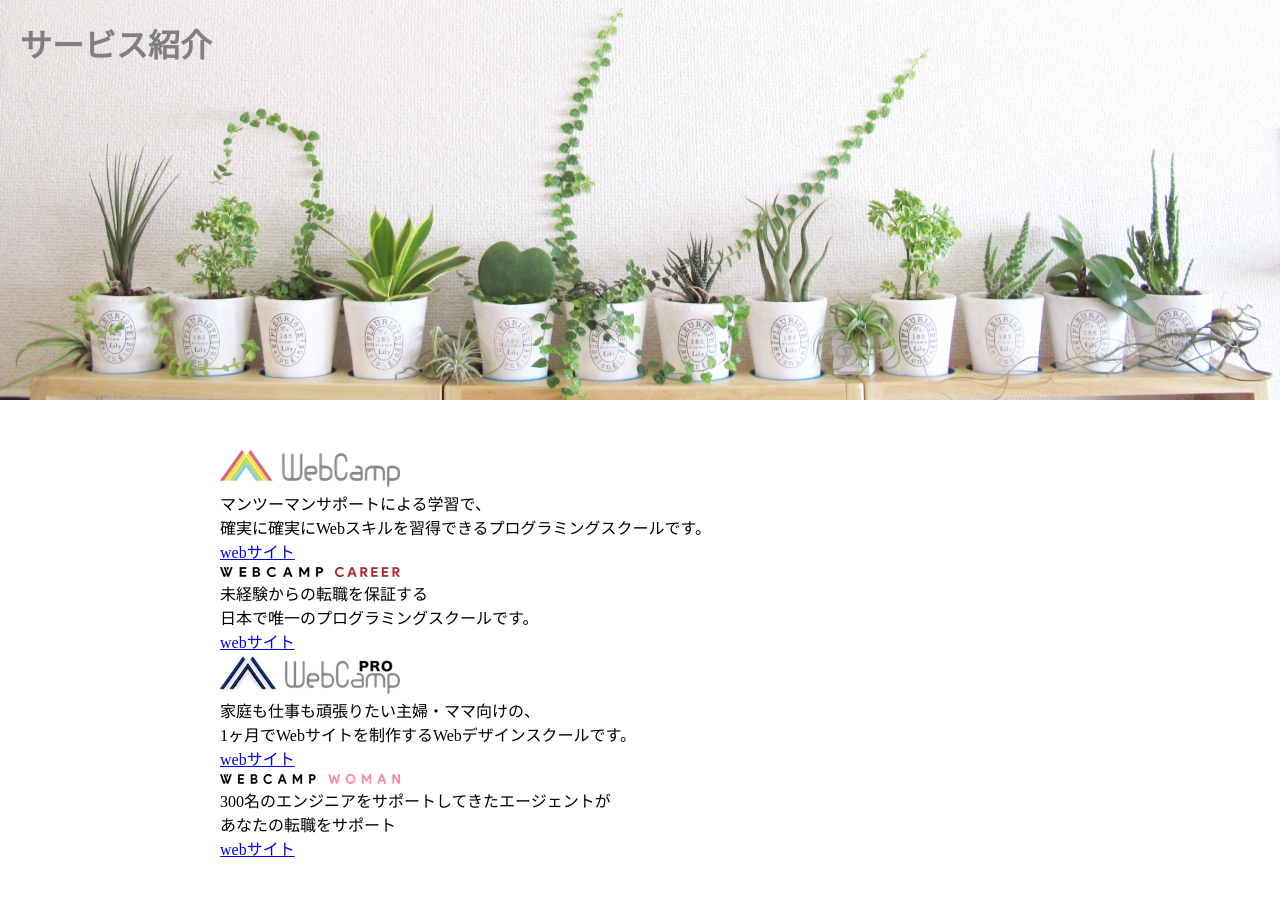
Repository: ryosei-110/HTML-CSS-
Page: 1-7exercise/1-7.html
The author's editor kept a record of every edit. The page is drawn from the files as they stood at one moment, then again after the next edit.
The browser window is 1280 px wide. The pictures show the whole page.

Above is the page before.

### 1-7exercise/1-7.html
<!DOCTYPE html>
<html lang="ja">
  <head>
    <meta charset="UTF-8" />
    <link rel="stylesheet" href="1-7.css" />
    <title>1-2演習問題</title>
  </head>

  <body>

  <header>
    <h1 class="heading">サービス紹介</h1>
  </header>

  <div class="main">
    <div class="main-item">
      <img class="main-image" src="img/wc-logo.png">
      <p class="main-text">
        マンツーマンサポートによる学習で、<br>
        確実に確実にWebスキルを習得できるプログラミングスクールです。<br>
        <a href="1-7.html">webサイト</a>
      </p>
    </div>
    <div class="main-item">
      <img class="main-image" src="img/wcc-logo.png">
      <p class="main-text">
        未経験からの転職を保証する<br>
        日本で唯一のプログラミングスクールです。<br>
        <a href="1-7.html">webサイト</a>
      </p>
    </div>
    <div class="main-item">
      <img class="main-image" src="img/wcp-logo.png">
      <p class="main-text">
        家庭も仕事も頑張りたい主婦・ママ向けの、<br>
        1ヶ月でWebサイトを制作するWebデザインスクールです。<br>
        <a href="1-7.html">webサイト</a>
      </p>
    </div>
    <div class="main-item">
      <img class="main-image" src="img/wcw-logo.png">
      <p class="main-text">
        300名のエンジニアをサポートしてきたエージェントが<br>
        あなたの転職をサポート<br>
        <a href="1-7.html">webサイト</a>
      </p>
    </div>
  </div>

  </body>
</html>

### 1-7exercise/1-7.css
* {
  margin: 0;
  padding: 0;
  box-sizing: border-box;
}

header {
  width: 100%;
  height: 400px;
  background-image: url(img/mv.jpg);
  background-size: cover;
  background-position: bottom ;
}

.heading {
  padding: 20px;
  color: grey;
}

.main {
  margin: 50px auto;
  width: 840px;
  display: flex;
  flex-direction: column;

}

.main-item1 {
  padding-bottom: 30px;
  border-bottom: 1px solid gray;
}

.main-item2 {
  padding: 30px 0;
  border-bottom: 1px solid gray;
}

After the next edit:
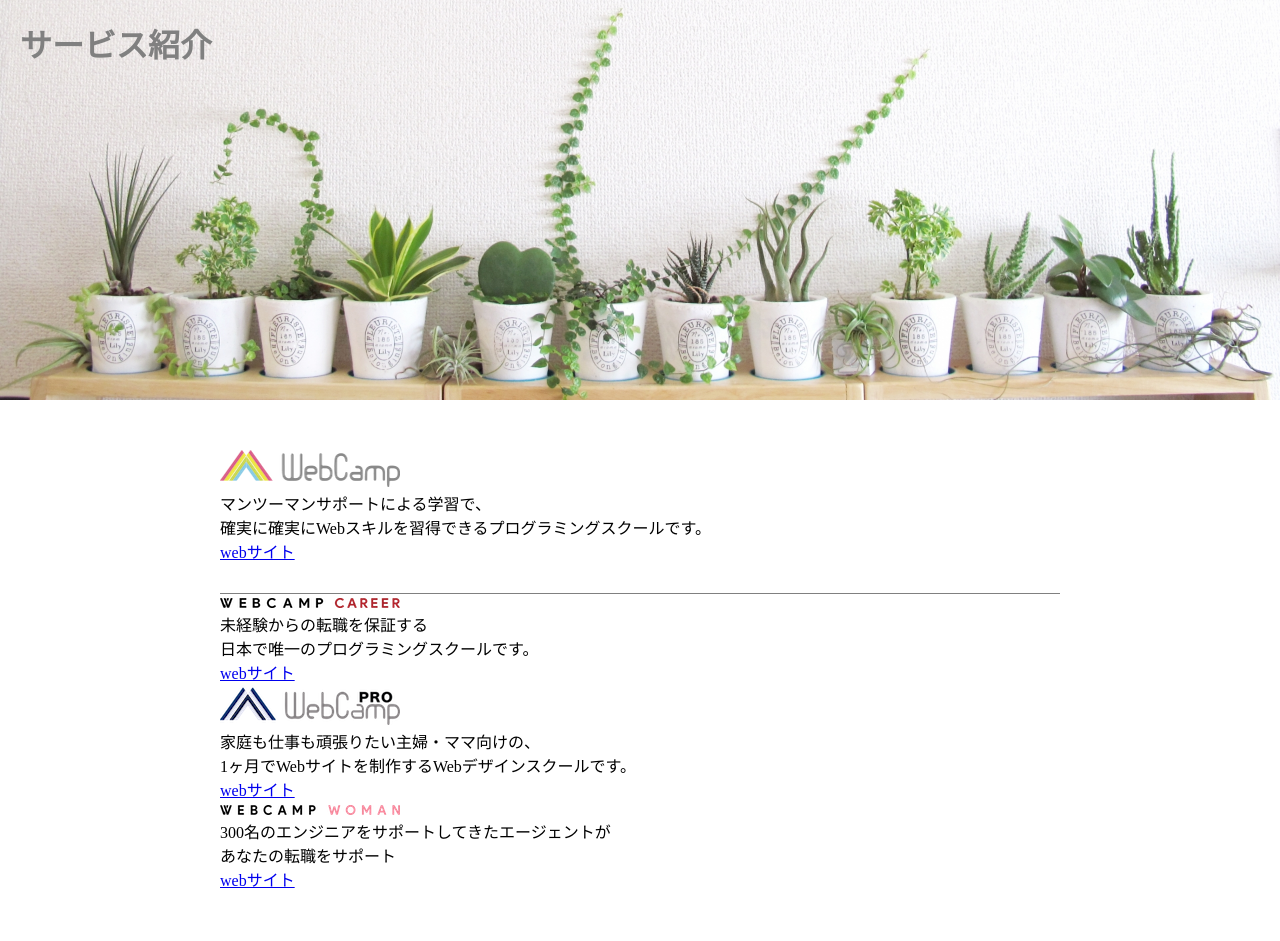
The edit:
--- a/1-7exercise/1-7.html
+++ b/1-7exercise/1-7.html
@@ -13,7 +13,7 @@
   </header>
 
   <div class="main">
-    <div class="main-item">
+    <div class="main-item1">
       <img class="main-image" src="img/wc-logo.png">
       <p class="main-text">
         マンツーマンサポートによる学習で、<br>
